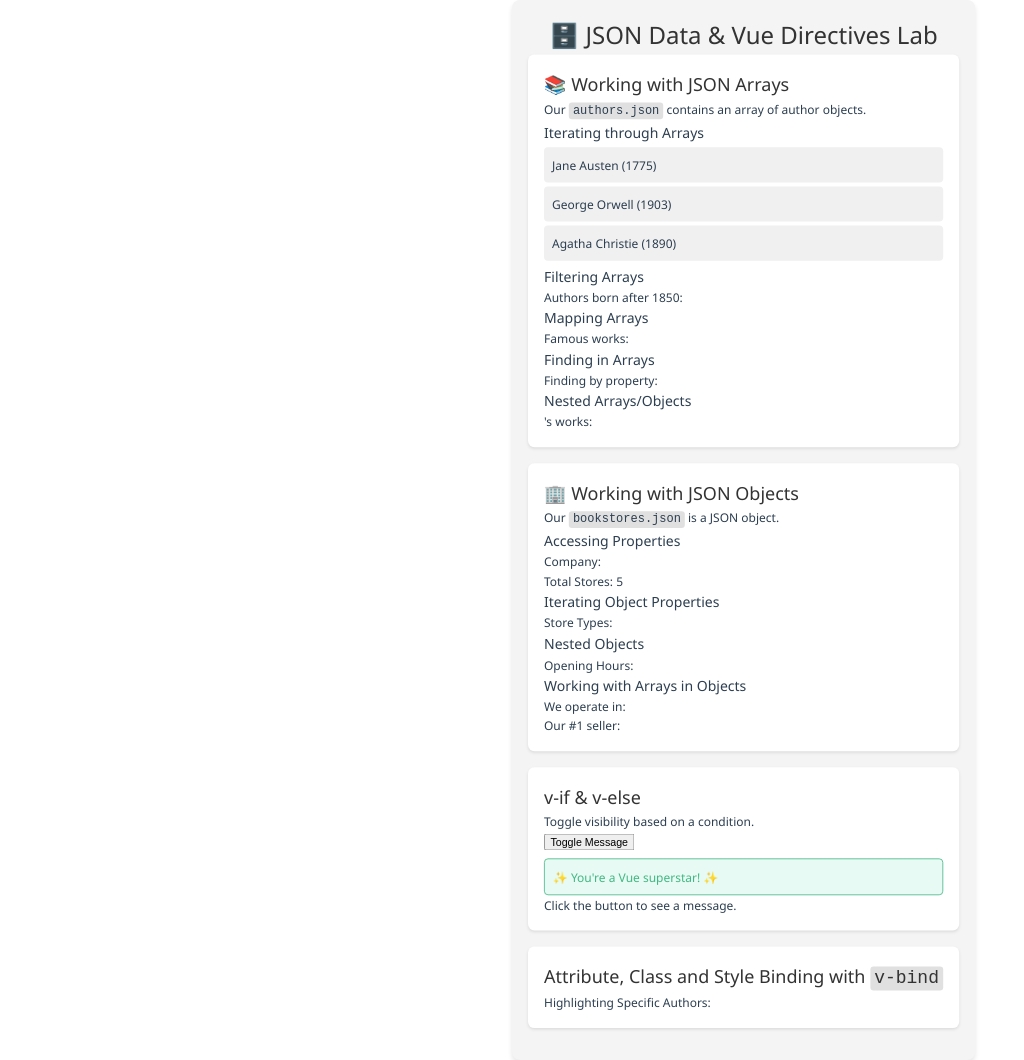
Repository: Andrew-JX/mji-library
Page: /
These files come from the project's save history. The page is drawn as it stood at one moment and after a run of saves; the edit follows.
The browser window is 1280 px wide. The pictures show the whole page, at 80% of full size.
The project was rebuilt for these pictures with package versions that can differ from the ones it lists, and the page was loaded fresh each time. Also part of the build but not shown: vite.config.js.

Above is the page before, as saved 2025-08-06 14:11:07.

### src/App.vue
<script setup>
import JSONView from "./components/JSON.vue";
</script>

<template>
  <header>
  </header>

  <main>
    <JSONView />
  </main>
</template>

<style scoped>
header {
  line-height: 1.5;
}

.logo {
  display: block;
  margin: 0 auto 2rem;
}

@media (min-width: 1024px) {
  header {
    display: flex;
    place-items: center;
    padding-right: calc(var(--section-gap) / 2);
  }

  .logo {
    margin: 0 2rem 0 0;
  }

  header .wrapper {
    display: flex;
    place-items: flex-start;
    flex-wrap: wrap;
  }
}
</style>

### src/components/JSON.vue
<template>
  <div class="json-lab">
    <h1>🗄️ JSON Data & Vue Directives Lab</h1>

    <section class="lab-section">
      <h2>📚 Working with JSON Arrays</h2>
      <p>Our <code>authors.json</code> contains an array of author objects.</p>

      <h3>Iterating through Arrays</h3>
      <!-- Activity 6: Render a list containing author names and their birth years. Hint: Make use of the v-for directive to iterate through the array of authors. -->
      <!-- TODO: CODE TO RENDER LIST OF AUTHORS HERE -->
      <ul>
        <li v-for="author in authors" :key="author.id">
          {{ author.name }} ({{ author.birthYear }})
        </li>
      </ul>
      <h3>Filtering Arrays</h3>
      <!-- Activity 7: Render a list containing authors born after 1850. Hint: Make use of the v-for directive to iterate through the array of authors that you have filtered out. -->
      <p>Authors born after 1850:</p>
      <!-- TODO: CODE TO RENDER LIST OF AUTHORS HERE -->
      <ul>
        <li v-for="author in modernAuthors" :key="author.id">
          {{ author.name }} ({{ author.birthYear }})
        </li>
      </ul>
      <h3>Mapping Arrays</h3>
      <p>Famous works:</p>
      <ul>
        <!-- Activity 8: Render a list of all famous works. Hint: Use the v-for directive to iterate through the array of authors that you have filtered out. -->
        <!-- TODO: CODE TO RENDER LIST OF FAMOUS WORKS HERE -->
        <li v-for="work in allFamousWorks" :key="work">
          {{ work }}
        </li>
      </ul>

      <h3>Finding in Arrays</h3>
      <p>Finding by property: {{ orwell?.name }}</p>

      <h3>Nested Arrays/Objects</h3>
      <p>{{ austen?.name }}'s works:</p>
      <!-- Activity 9: Render a list of Austen's works. Hint: Use the v-for directive to iterate through the array of authors that you have filtered out. -->
      <!-- TODO: CODE TO RENDER LIST OF AUSTEN'S WORKS HERE -->
      <ul v-if="austen">
        <li v-for="(work, idx) in austen.famousWorks" :key="idx">
          {{ work.title }}
        </li>
      </ul>
    </section>

    <section class="lab-section">
      <h2>🏢 Working with JSON Objects</h2>
      <p>Our <code>bookstores.json</code> is a JSON object.</p>

      <h3>Accessing Properties</h3>
      <p>
        Company:
        <!-- Activity 9a: Get the company name from the bookstores object. -->
        {{ bookstores.company }}
        <!-- TODO: CODE TO GET COMPANY NAME HERE -->
      </p>

      <p>
        Total Stores:
        <!-- Activity 9b: Get the total number of stores from the bookstores object. -->
        <!-- TODO: CODE TO GET TOTAL STORES HERE -->
        {{ bookstores.totalStores }}
      </p>

      <h3>Iterating Object Properties</h3>
      <p>Store Types:</p>
      <!-- Activity 10: Iterate through the storeTypes array and display the store type and the number of stores that use that type. -->
      <!-- TODO: CODE TO RENDER LIST OF STORE TYPES HERE -->

      <h3>Nested Objects</h3>
      <p>Opening Hours:</p>
      <!-- Activity 11: Iterate through the openingHours object and display the day of the week and the opening and closing times. -->
      <!-- TODO: CODE TO RENDER LIST OF OPENING HOURS HERE -->

      <h3>Working with Arrays in Objects</h3>
      <!-- Activity 12: Get the top sellers from the bookstores object. -->
      <!-- TODO: CODE TO GET TOP SELLERS HERE -->
      <p>We operate in:</p>
      <p>Our #1 seller:</p>
    </section>

    <section class="lab-section">
      <h2>v-if & v-else</h2>
      <p>Toggle visibility based on a condition.</p>
      <!-- Activity 13: Toggle the message visibility when the button is clicked. -->
      <!-- TODO: CODE TO TOGGLE MESSAGE VISIBILITY HERE. Hint: Use the v-if directive. -->
      <button @click="showMessage = !showMessage">Toggle Message</button>
      <p class="message success">✨ You're a Vue superstar! ✨</p>
      <p>Click the button to see a message.</p>
    </section>

    <section class="lab-section">
      <h2>Attribute, Class and Style Binding with <code>v-bind</code></h2>
      <p>Highlighting Specific Authors:</p>

    </section>
  </div>
</template>

<script setup>
import { ref, computed } from "vue"
import authors from "../data/authors.json"
import bookstores from "../data/bookstores.json"

// Activity 1: Import JSON files (authors.json and bookstores.json)
// TODO: CODE TO IMPORT JSON FILES HERE

const showMessage = ref(false)

// Activity 2: Get authors born after 1850
const modernAuthors = computed(() => {
  // TODO: CODE TO FILTER ARRAY OF AUTHORS HERE
})

// Activity 3: Get all famous works
const allFamousWorks = computed(() => {
  // TODO: CODE TO GET ALL FAMOUS WORKS HERE
})

// Activity 4: Find author by name
const orwell = computed(() => {
  // TODO: CODE TO FIND AUTHOR BY NAME HERE
})

// Activity 5: Find author by ID
const austen = computed(() => {
  // TODO: CODE TO FIND AUTHOR BY ID HERE
})
</script>

<style scoped>
.json-lab {
  font-family: "Segoe UI", Tahoma, Geneva, Verdana, sans-serif;
  max-width: 80vw;
  margin: 0 auto;
  padding: 20px;
  background-color: #f4f4f4;
  border-radius: 10px;
  box-shadow: 0 4px 6px rgba(0, 0, 0, 0.1);
}

h1,
h2 {
  color: #333;
}

h1 {
  text-align: center;
}

.lab-section {
  background-color: white;
  padding: 20px;
  margin-bottom: 20px;
  border-radius: 8px;
  box-shadow: 0 2px 4px rgba(0, 0, 0, 0.1);
}

.message {
  padding: 10px;
  border-radius: 5px;
  margin-top: 10px;
}

.success {
  background-color: #e7faf3;
  color: #42b883;
  border: 1px solid #42b883;
}

.highlight {
  background-color: #42b883;
}

code {
  background-color: #e0e0e0;
  padding: 2px 5px;
  border-radius: 4px;
  font-family: "Courier New", Courier, monospace;
}

ul {
  list-style-type: none;
  padding: 0;
}

li {
  background-color: #f0f0f0;
  padding: 10px;
  margin: 5px 0;
  border-radius: 5px;
}
</style>

Loaded but not shown: index.html (common file); src/main.js (common file); src/assets/main.css (common file); src/assets/base.css (common file); src/assets/json/authors.json (common file); src/assets/json/bookstores.json (common file)

After the next 2 saves:
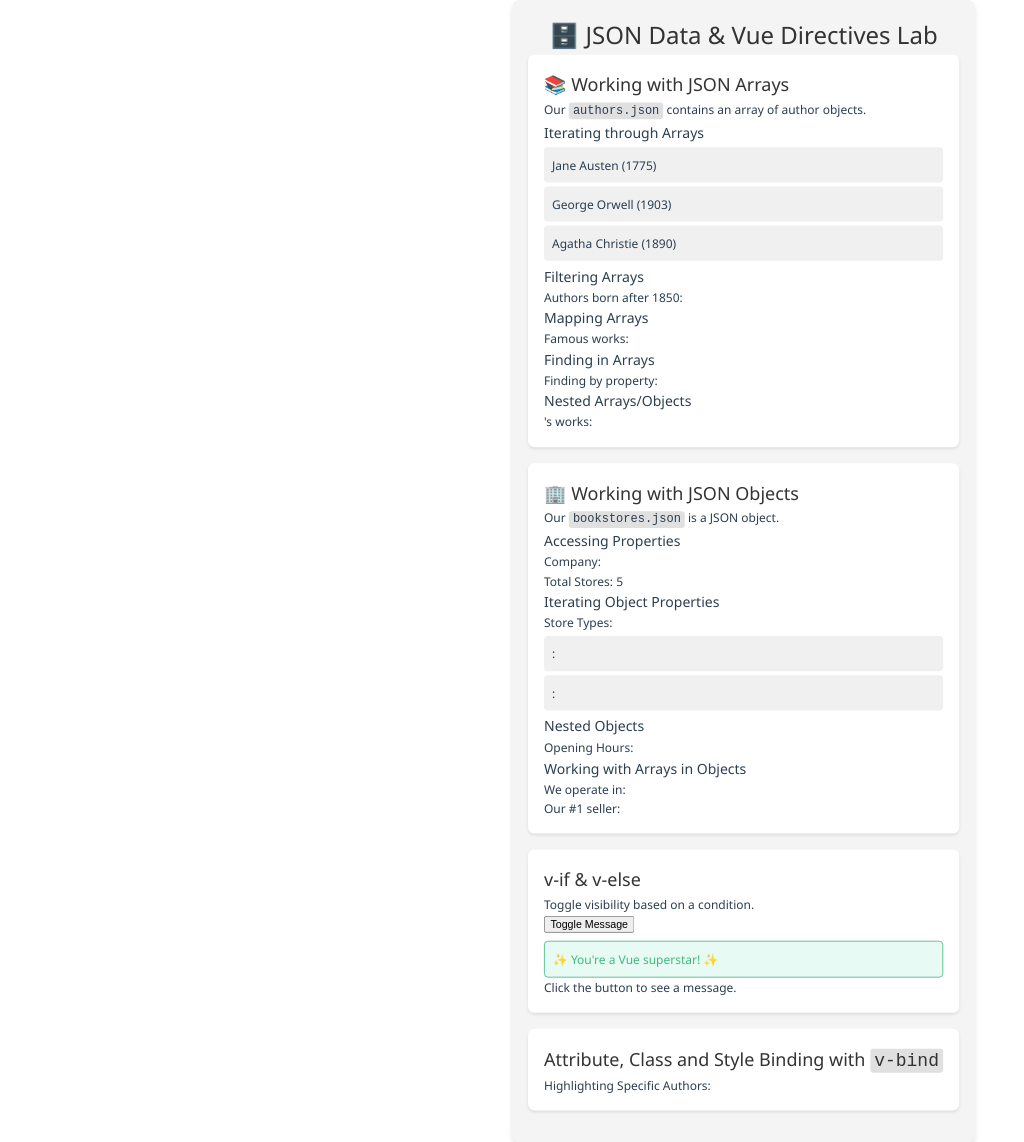
The 2 saves are shown as one change because they came seconds apart.
The last was saved 17 s later.
--- a/src/components/JSON.vue
+++ b/src/components/JSON.vue
@@ -70,6 +70,11 @@
       <p>Store Types:</p>
       <!-- Activity 10: Iterate through the storeTypes array and display the store type and the number of stores that use that type. -->
       <!-- TODO: CODE TO RENDER LIST OF STORE TYPES HERE -->
+      <ul>
+        <li v-for="(store, idx) in bookstores.storeTypes" :key="idx">
+          {{ store.type }}: {{ store.count }}
+        </li>
+      </ul>
 
       <h3>Nested Objects</h3>
       <p>Opening Hours:</p>
